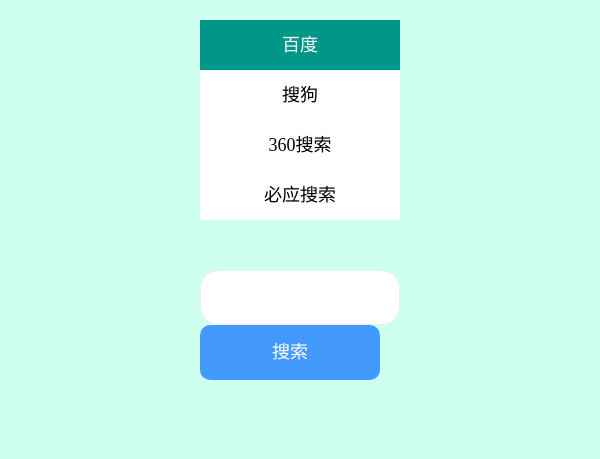
Repository: hellobz/duosousuoyinqing
Page: sousuo.html
The author's editor kept a copy of each file at every save. The page is drawn from the files as they stood at one save, then again after the next save.
The browser window is 600 px wide. The pictures show the whole page.
Some web libraries are served in a nearby version.

Above is the page before, as saved 2022-05-25 10:05:36.

### sousuo.html
<!DOCTYPE html>
<html lang="en">

<head>
    <meta charset="UTF-8">
    <meta http-equiv="X-UA-Compatible" content="IE=edge">
    <meta name="viewport" content="width=device-width, initial-scale=1.0">
    <title>小旋综合搜素引擎</title>
    <link rel="shortcut icon" href="./images/favicon.ico" type="image/x-icon">
    <link rel="stylesheet" href="./css/index.css">
</head>

<body>
    <div id="wrap">
        <ul class="list">
            <li class="list_item" @click="handleChangeList(item.id)" v-for="item in search" :key="item.id"
                class="list_item"
                :style="{'backgroundColor': (currentTab == item.id ? '#009688': '#fff'),'color': (currentTab == item.id ? '#fff' : '#000')}"
                v-cloak>{{item.name}}</li>
        </ul>
        <div class="wrap_content">
            <input v-model="iptvalue" class="ipt" type="text" id="ipt">
            <button @click="handleClick" class="btn">搜索</button>
        </div>
    </div>
    <script src="https://unpkg.com/vue@2.6.14/dist/vue.js"></script>
    <script src="https://unpkg.com/axios@0.24.0/dist/axios.min.js"></script>
    <script>
        const vm = new Vue({
            el: '#wrap',
            data: {
                iptvalue: '',
                currentTab: 1,
                search: [
                    {
                        id: 1,
                        name: '百度'
                    },
                    {
                        id: 2,
                        name: '搜狗'
                    },
                    {
                        id: 3,
                        name: '360搜索'
                    },
                    {
                        id: 4,
                        name: '必应搜索'
                    }
                ]

            },
            methods: {
                handleChangeList(id) {
                    this.currentTab = id;
                },

                handleClick() {
                    if (this.currentTab == 1) {
                        window.open("https://www.baidu.com/s?wd=" + this.iptvalue);
                    } else if (this.currentTab == 2) {
                        window.open('https://www.sogou.com/web?query=' + this.iptvalue);
                    } else if (this.currentTab == 3) {
                        window.open('https://www.so.com/s?ie=utf-8&fr=none&src=360sou_newhome&q=' + this.iptvalue);
                    } else if (this.currentTab == 4) {
                        window.open('https://cn.bing.com/search?q=' + this.iptvalue);
                    }
                    else {
                        alert('你是否选择上面的搜索引擎搜索');
                    }
                    // window.location.href ="https://www.baidu.com/s?wd="+this.iptvalue;

                    // axios.get(`https://www.baidu.com/s?wd=${this.iptvalue}`)
                    // .then((res)=>{
                    //     console.log(res);
                    //     window.location.href ="https://www.baidu.com/s?wd="+this.iptvalue;
                    // }).catch(()=>{

                    // })
                }
            }
        })
    </script>
</body>

</html>

### css/index.css
* {
    margin: 0;
    padding: 0;
}

body {
    /* background-color: #009688; */
    background-color: #cefff1;
    min-height: 730px;
}

[v-cloak] {
    display: none;
}

#wrap {
    margin: 20px auto;
    width: 700px;
}

#wrap ul.list {
    display: flex;
    align-items: center;
    margin-bottom: 50px;
    width:660px;
    height: 80px;
    padding-left: 20px;
    box-sizing: border-box;
    list-style: none;
    background-color: #eee;
    color: #333;
    font-size: 16px;
    border-radius: 20px;
}

#wrap li.list_item{
    margin-right: 4%;
    width:29%;
    height: 50px;
    text-align: center;
    line-height: 50px;
    font-size: 18px;
    cursor: pointer;
}

.wrap_content {
    display: flex;
    align-items: center;
    width: 700px;
}

.ipt {
    margin-right: 20px;
    width: 500px;
    height:55px;
    padding-left: 20px;
    box-sizing: border-box;
    border-radius: 18px;
    border: 1px solid #eee;
    font-size: 24px;
    outline: none;
}

.btn {
    width:180px;
    height: 55px;
    line-height: 55px;
    text-align:center;
    color: #fff;
    background-color: #4399FC;
    border-radius: 10px;
    font-size: 18px;
    outline: none;
    border: none;
}

@media (max-width: 720px) {
    #wrap {
        width: 200px;
    }
    #wrap ul.list {
        display: block;
        width: 200px;
        height: auto;
        padding-left: 0;
    }

    .wrap_content, .ipt, #wrap li.list_item {
        display: block;
        margin: 0;
        margin-left: auto;
        margin-right: auto;
        width: 200px;
    }

    /* .ipt {
        display: block;
        margin-left: auto;
        margin-right: auto;
        width: 200px;
    } */
}

After the next save:
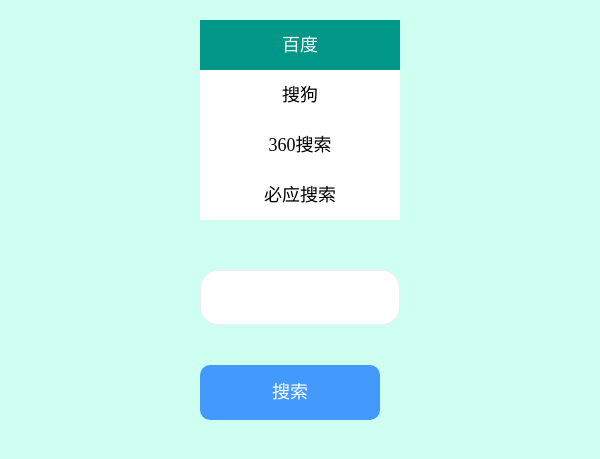
Saved 28 s later.
--- a/css/index.css
+++ b/css/index.css
@@ -93,10 +93,7 @@
         width: 200px;
     }
 
-    /* .ipt {
-        display: block;
-        margin-left: auto;
-        margin-right: auto;
-        width: 200px;
-    } */
+    .ipt {
+        margin-bottom: 40px;
+    }
 }
